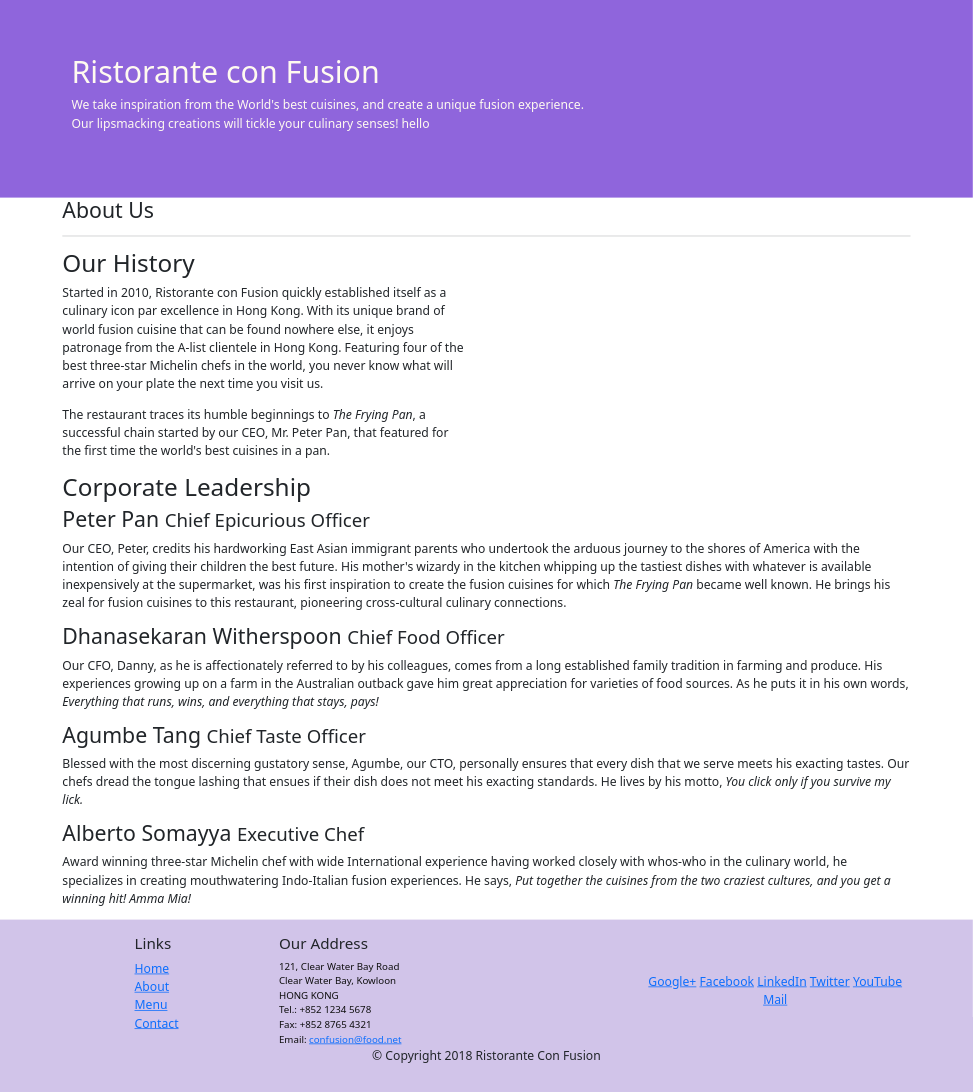
Repository: DungBuiTuan/FER201m
Page: LAB1/Aboutus.html
These files come from the project's save history. The page is drawn as it stood at one moment and after the next save; the edit follows.
The browser window is 1280 px wide. The pictures show the whole page, at 76% of full size.
Some web libraries are served in a nearby version.

Above is the page before, as saved 2023-05-19 22:50:34.

### LAB1/Aboutus.html
<!DOCTYPE html>
<html lang="en">

<head>
    <meta charset="utf-8">
    <meta name="viewport" content="width=device-width, initial-scale=1, shrink-to-fit=no">
    <meta http-equiv="x-ua-compatible" content="ie=edge">
    <!-- Bootstrap CSS -->
    <link rel="stylesheet" href="node_modules/bootstrap/dist/css/bootstrap.min.css" />
    <link rel="stylesheet" href="style.css">
    <title>Ristorante Con Fusion: AboutUs</title>

</head>

<body>
    <header class="jumbotron" style="background-color: #8f65dc;">
        <div class="container ">
            <div class="row row-header">
                <div class="col-12 col-sm-8">
                    <h1>Ristorante con Fusion</h1>
                    <p>
                        We take inspiration from the World's best cuisines, and create a
                        unique fusion experience.<br> Our lipsmacking creations will tickle
                        your culinary senses! hello
                    </p>
                </div>
                <div class="col-12 col-sm">
                </div>
            </div>
        </div>
    </header>
    <div class="container">
        <div class="content-about">
            <div>
                <h3 class="container-h3">About Us</h3>
                <hr>
            </div>
        </div>

        <div class="content">
            <div class="row col-12 col-sm-6">
                <h2>Our History</h2>
                <p>Started in 2010, Ristorante con Fusion quickly established itself as a
                    culinary icon par excellence
                    in Hong Kong. With its unique brand of world fusion cuisine that can be found nowhere else, it
                    enjoys patronage from the A-list clientele in Hong Kong. Featuring four of the best three-star
                    Michelin chefs in the world, you never know what will arrive on your plate the next time you visit
                    us.</p>
                <p>The restaurant traces its humble beginnings to <em>The Frying Pan</em>, a
                    successful chain started by
                    our CEO, Mr. Peter Pan, that featured for the first time the world's best cuisines in a pan.</p>
            </div>
            <div class="child-content">
            </div>
        </div>
        <div class="content-corporate row">
            <div class="col">
                <h2>Corporate Leadership</h2>
                <h3>Peter Pan <small>Chief Epicurious Officer</small></h3>
                <p class="d-sm-block d-none">Our CEO, Peter, credits his hardworking East Asian immigrant parents who
                    undertook
                    the
                    arduous
                    journey to the shores of America with the intention of giving their children the best future. His
                    mother's wizardy in the kitchen whipping up the tastiest dishes with whatever is available
                    inexpensively at the supermarket, was his first inspiration to create the fusion cuisines for which
                    <em>The Frying Pan</em> became well known. He brings his zeal for fusion cuisines to this
                    restaurant, pioneering cross-cultural culinary connections.</p>
                <h3>Dhanasekaran Witherspoon <small>Chief Food Officer</small></h3>
                <p class="d-sm-block d-none">Our CFO, Danny, as he is affectionately referred to by his colleagues,
                    comes from
                    a
                    long established
                    family tradition in farming and produce. His experiences growing up on a farm in the Australian
                    outback gave him great appreciation for varieties of food sources. As he puts it in his own words,
                    <em>Everything that runs, wins, and everything that stays, pays!</em></p>
                <h3>Agumbe Tang <small>Chief Taste Officer</small></h3>
                <p class="d-sm-block d-none">Blessed with the most discerning gustatory sense, Agumbe, our CTO,
                    personally
                    ensures
                    that every dish
                    that we serve meets his exacting tastes. Our chefs dread the tongue lashing that ensues if their
                    dish does not meet his exacting standards. He lives by his motto, <em>You click only if you survive
                        my lick.</em></p>
                <h3>Alberto Somayya <small>Executive Chef</small></h3>
                <p class="d-sm-block d-none">Award winning three-star Michelin chef with wide International experience
                    having
                    worked closely with
                    whos-who in the culinary world, he specializes in creating mouthwatering Indo-Italian fusion
                    experiences. He says, <em>Put together the cuisines from the two craziest cultures, and you get a
                        winning hit! Amma Mia!</em></p>
            </div>
        </div>

    </div>
    <footer class="footer">
        <div class="container">
            <div class="row">
                <div class="col-4 offset-1 col-sm-2">
                    <h5>Links</h5>
                    <ul class="list-unstyled">
                        <li><a href="#">Home</a></li>
                        <li><a href="#">About</a></li>
                        <li><a href="#">Menu</a></li>
                        <li><a href="#">Contact</a></li>
                    </ul>
                </div>
                <div class="col-7 col-sm-5">
                    <h5>Our Address</h5>
                    <address>
                        121, Clear Water Bay Road<br>
                        Clear Water Bay, Kowloon<br>
                        HONG KONG<br>
                        Tel.: +852 1234 5678<br>
                        Fax: +852 8765 4321<br>
                        Email: <a href="mailto:confusion@food.net">confusion@food.net</a>
                    </address>
                </div>
                <div class="col-12 col-sm-4 align-self-center">
                    <div class="text-center">
                        <a href="http://google.com/+">Google+</a>
                        <a href="http://www.facebook.com/profile.php?id=">Facebook</a>
                        <a href="http://www.linkedin.com/in/">LinkedIn</a>
                        <a href="http://twitter.com/">Twitter</a>
                        <a href="http://youtube.com/">YouTube</a>
                        <a href="mailto:">Mail</a>
                    </div>
                </div>
            </div>
            <div class="row justify-content-center">
                <div class="col-auto">
                    <p>© Copyright 2018 Ristorante Con Fusion</p>
                </div>
            </div>
        </div>
    </footer>

    <script src="node_modules/jquery/dist/jquery.slim.min.js"></script>
    <script src="node_modules/popper.js/dist/umd/popper.min.js"></script>
    <script src="node_modules/bootstrap/dist/js/bootstrap.min.js"></script>
</body>

</html>

### LAB1/style.css
body{
    /* padding:50px 0px 0px 0px; */
    z-index:0;
}

.navbar-dark {
     background-color: #512DA8;
}

.row-header{
    margin:0px auto;
    padding:0px;
}

.row-content {
    margin:0px auto;
    padding: 50px 0px 50px 0px;
    border-bottom: 1px ridge;
    min-height:400px;
}

.footer{
    background-color: #D1C4E9;
    margin:0px auto;
    padding: 20px 0px 20px 0px;
}

.jumbotron {
    padding:70px 30px 70px 30px;
    margin:0px auto;
    background: #9575CD ;
    color:floralwhite;
}

address{
    font-size:80%;
    margin:0px;
    color:#0f0f0f;
}

.tab-content {
    border-left: 1px solid #ddd;
    border-right: 1px solid #ddd;
    border-bottom: 1px solid #ddd;
    padding: 10px;
}

After the next save:
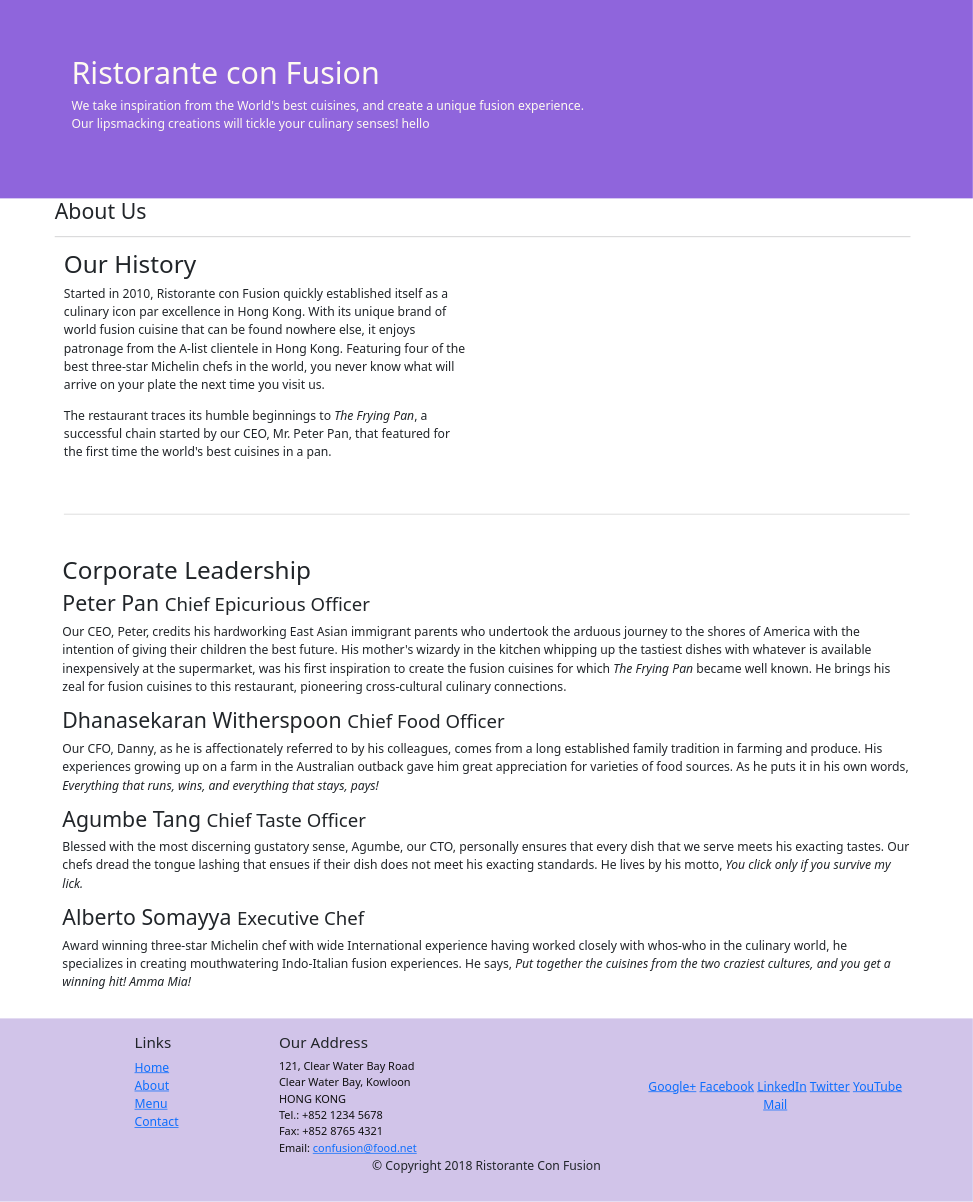
Saved 64 s later.
--- a/LAB1/style.css
+++ b/LAB1/style.css
@@ -1,46 +1,49 @@
-body{
-    /* padding:50px 0px 0px 0px; */
-    z-index:0;
-}
-
-.navbar-dark {
-     background-color: #512DA8;
-}
-
-.row-header{
-    margin:0px auto;
-    padding:0px;
-}
-
-.row-content {
-    margin:0px auto;
+.footer {
+    background-color: #d1c4e9;
+    margin: 0 auto;
+    padding: 20px 0px 20px 0px;
+  }
+  .jumbotron {
+    padding: 71px 30px 70px 30px;
+    margin: 0px auto;
+    color: floralwhite;
+  }
+  address {
+    font-size: 90%;
+    margin: 0px;
+    color: #0f0f0f;
+  }
+  .row-header {
+    margin: 0 auto;
+    padding: 0px auto;
+  }
+  .row-content {
+    margin: 0 auto;
     padding: 50px 0px 50px 0px;
-    border-bottom: 1px ridge;
-    min-height:400px;
-}
-
-.footer{
-    background-color: #D1C4E9;
-    margin:0px auto;
-    padding: 20px 0px 20px 0px;
-}
-
-.jumbotron {
-    padding:70px 30px 70px 30px;
-    margin:0px auto;
-    background: #9575CD ;
-    color:floralwhite;
-}
-
-address{
-    font-size:80%;
-    margin:0px;
-    color:#0f0f0f;
-}
-
-.tab-content {
-    border-left: 1px solid #ddd;
-    border-right: 1px solid #ddd;
-    border-bottom: 1px solid #ddd;
-    padding: 10px;
-}
+    border-radius: 1px ridge;
+    min-height: 400px;
+  }
+  .list-unstyled {
+    list-style: none;
+  }
+  .content-h3 {
+    margin-top: -30px;
+  }
+  .content-about {
+    margin-left: -10px;
+  }
+  .content-history {
+    padding-bottom: 50px;
+  }
+  .content-corporate {
+    padding-top: 50px;
+    padding-bottom: 20px;
+  }
+  .child-content {
+    border-bottom: 1px solid lightgrey;
+    margin-top: 4px;
+    padding-bottom: 50px;
+  }
+  .content {
+    margin: 4px 1px 4px 2px;
+  }
